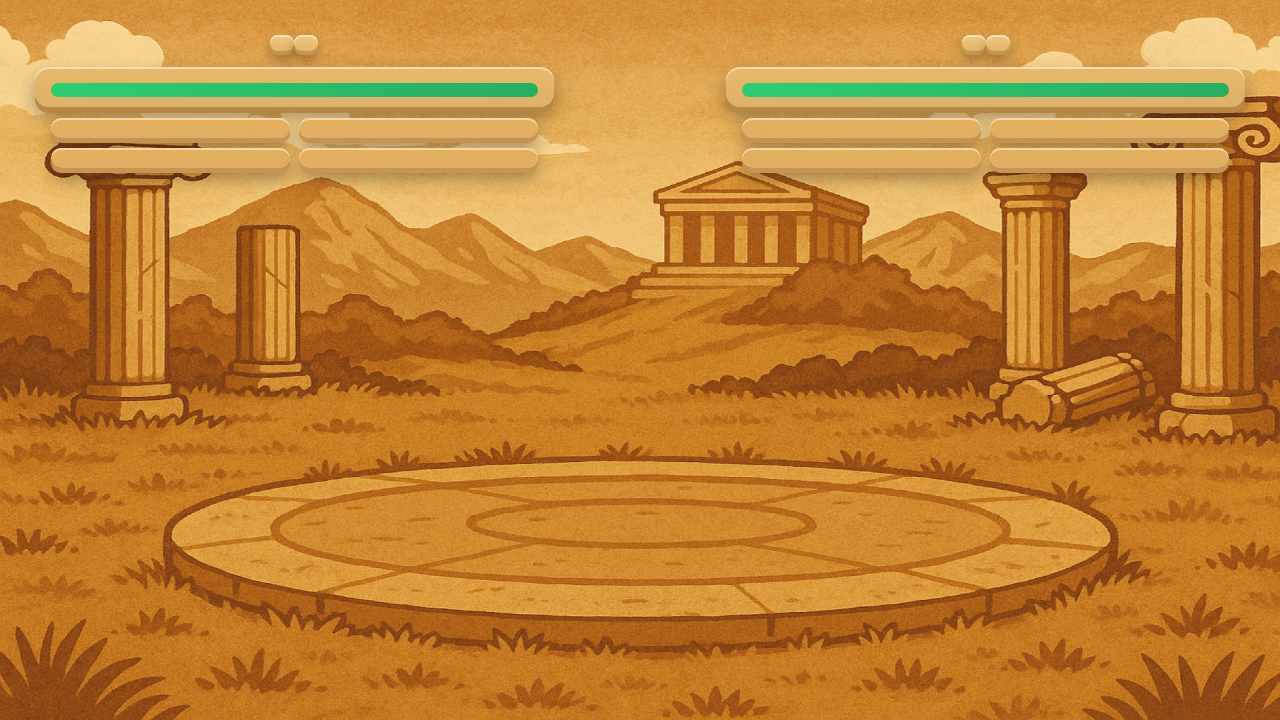
Repository: brianabariteau/Web-1-Final-Project-2025
Page: features/game/game.html
The author's editor kept a copy of each file at every save. The page is drawn from the files as they stood at one save, then again after the next save.
The browser window is 1280 px wide. The pictures show the whole page.
Some web fonts or font styles are not loaded; a fallback is used.

Above is the page before, as saved 2025-12-23 18:31:48.
Console error: TypeError: Cannot read properties of undefined (reading 'move1name')

After the next save:
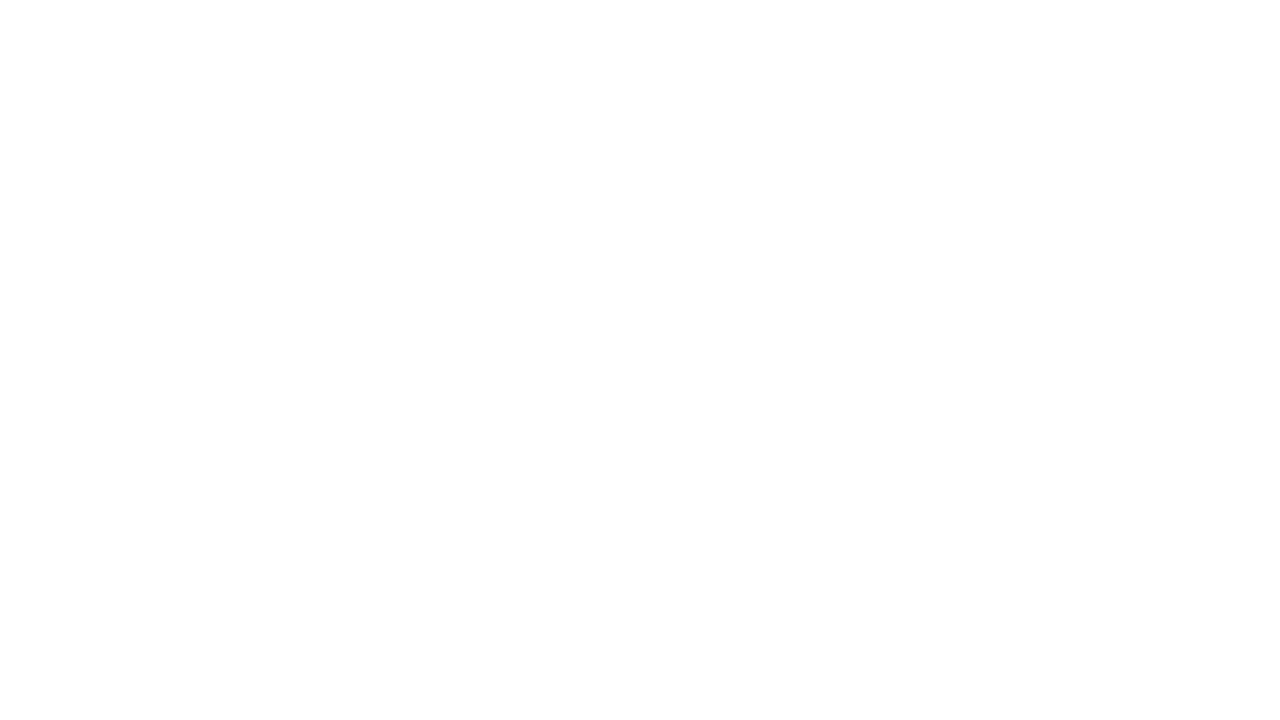
Console error: ReferenceError: characters is not defined
Saved 2 min 25 s later.
--- a/features/game/game.js
+++ b/features/game/game.js
@@ -5,13 +5,11 @@
 let player1Character = JSON.parse(localStorage.getItem("player1Character"));
 let player2Character = JSON.parse(localStorage.getItem("player2Character"));
 
-let characters = [];
-
 console.log(characters);
 
 // * Functions
 function updateGameDisplay() {
-  if (!Array.isArray(characters) || characters.length === 0) return;
+  if (!player1Character || !player2Character) return;
 
   // ? Player 1
   player1Name.text(player1Name.name);

After the 3 saves that followed:
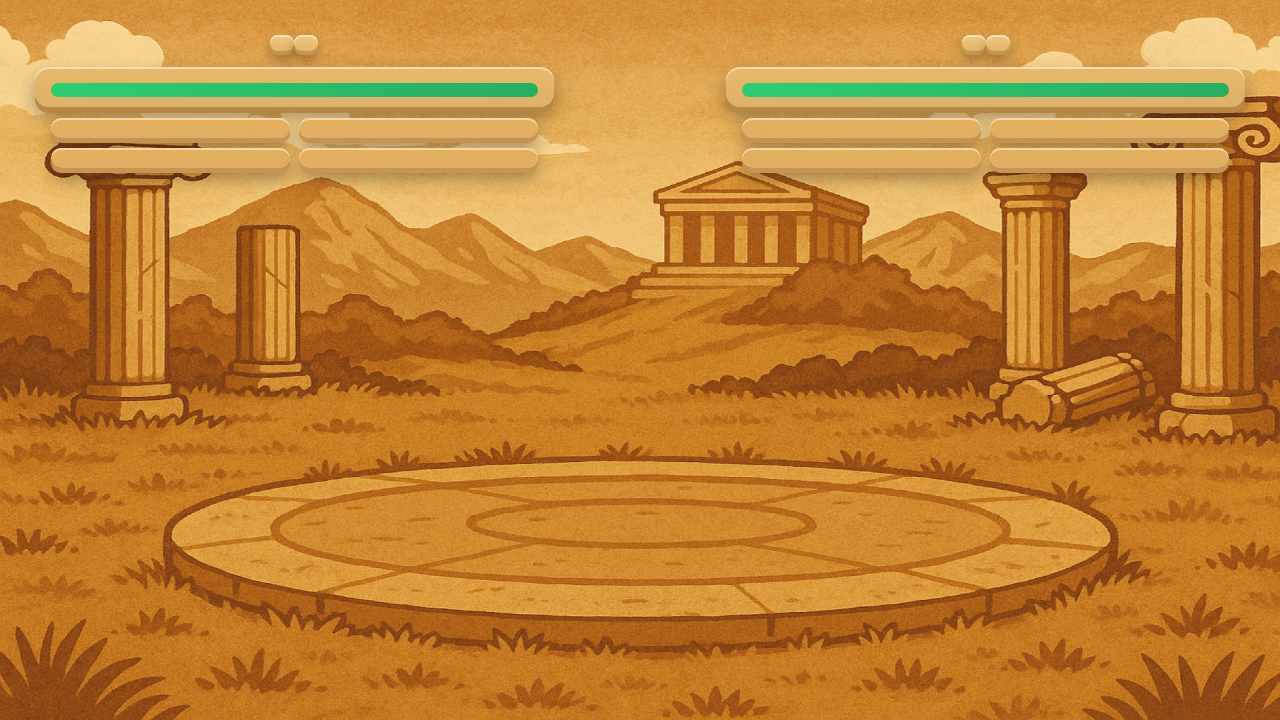
The 3 saves are shown as one change because 2 left the picture as it was.
The last was saved 37 s later.
--- a/features/game/game.js
+++ b/features/game/game.js
@@ -5,14 +5,15 @@
 let player1Character = JSON.parse(localStorage.getItem("player1Character"));
 let player2Character = JSON.parse(localStorage.getItem("player2Character"));
 
-console.log(characters);
-
 // * Functions
 function updateGameDisplay() {
   if (!player1Character || !player2Character) return;
 
   // ? Player 1
-  player1Name.text(player1Name.name);
+  player1Icon.attr("src", player1Character.imgSrc);
+
+  player1Name.text(player1Character.name);
+
   player1Move1.text(CHARACTER_MOVES[player1Name].move1name);
   player1Move2.text(CHARACTER_MOVES[player1Name].move2name);
   player1Move3.text(CHARACTER_MOVES[player1Name].move3name);
